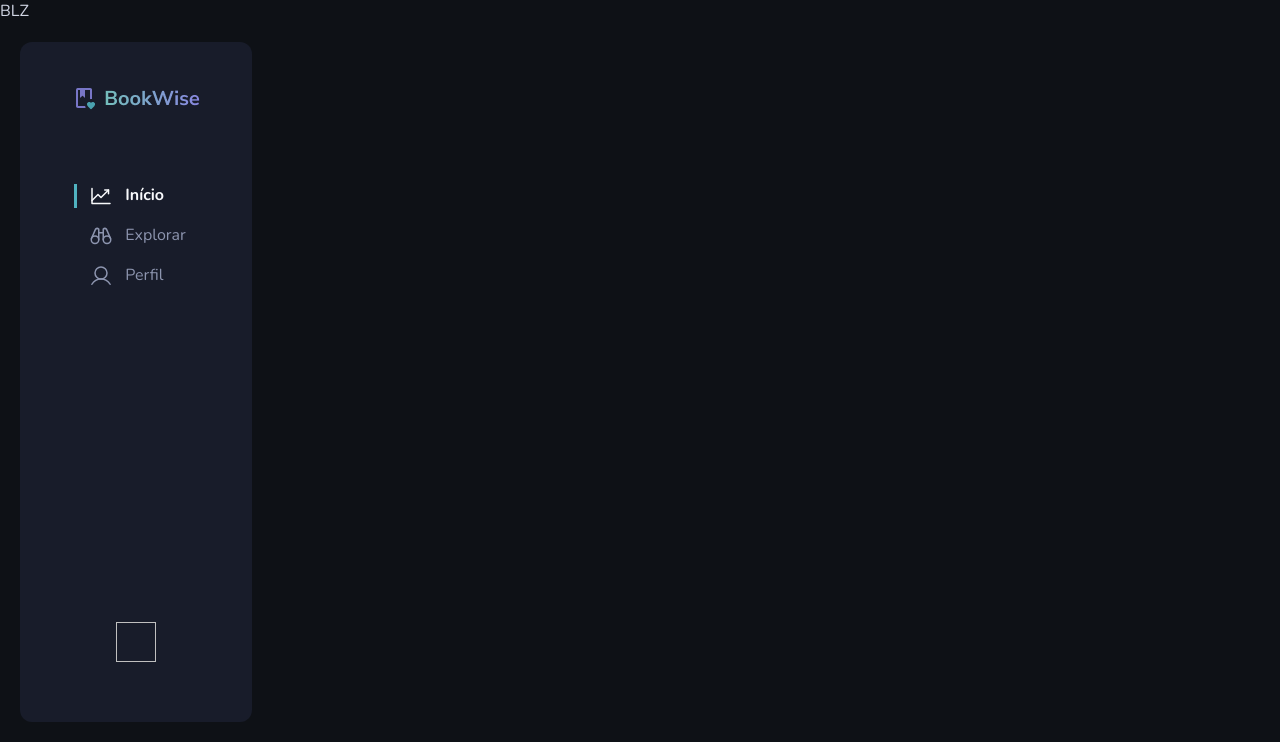
Repository: Giopol12/book-wise
Page: /index.page
These files come from the project's save history. The page is drawn as it stood at one moment and after a run of saves; the edit follows.
The browser window is 1280 px wide. The pictures show the whole page.
Pictures or frames that could not be fetched are drawn as grey boxes. The project was rebuilt for these pictures with package versions that can differ from the ones it lists, and the page was loaded fresh each time. The framework's server and built-in components were replaced by stand-ins that run in the browser. Also part of the build but not shown: next.config.js.

Above is the page before, as saved 2023-10-17 16:28:47.

After the next 2 saves:
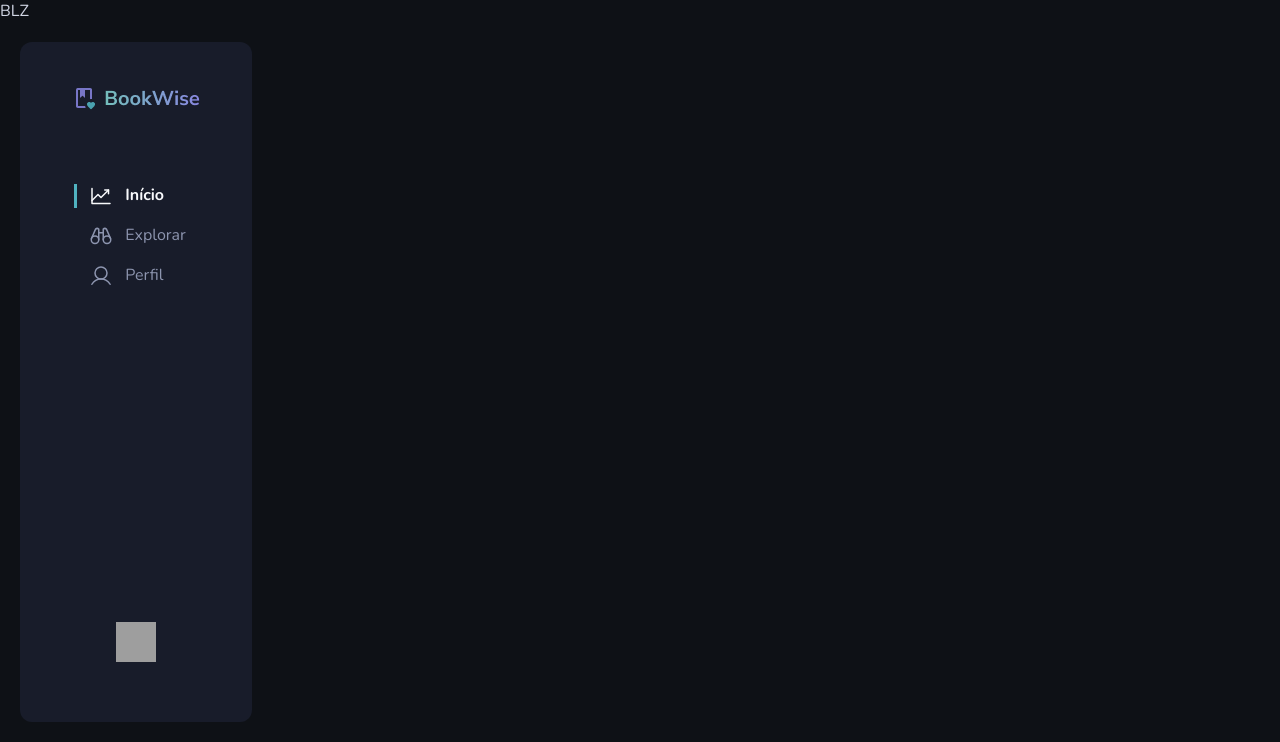
The 2 saves are shown as one change because 1 did not build or start.
The last was saved 20 s later.
--- a/src/pages/home/components/Sidebar/index.tsx
+++ b/src/pages/home/components/Sidebar/index.tsx
@@ -37,7 +37,7 @@ export function Sidebar() {
       </TopContainer>
       <LoginButton>
         {/* <strong>Fazer login</strong> <SignIn size={20} /> */}
-        <Avatar avatarUrl="" />
+        <Avatar avatarUrl={avatar} />
       </LoginButton>
     </SidebarContainer>
   )
